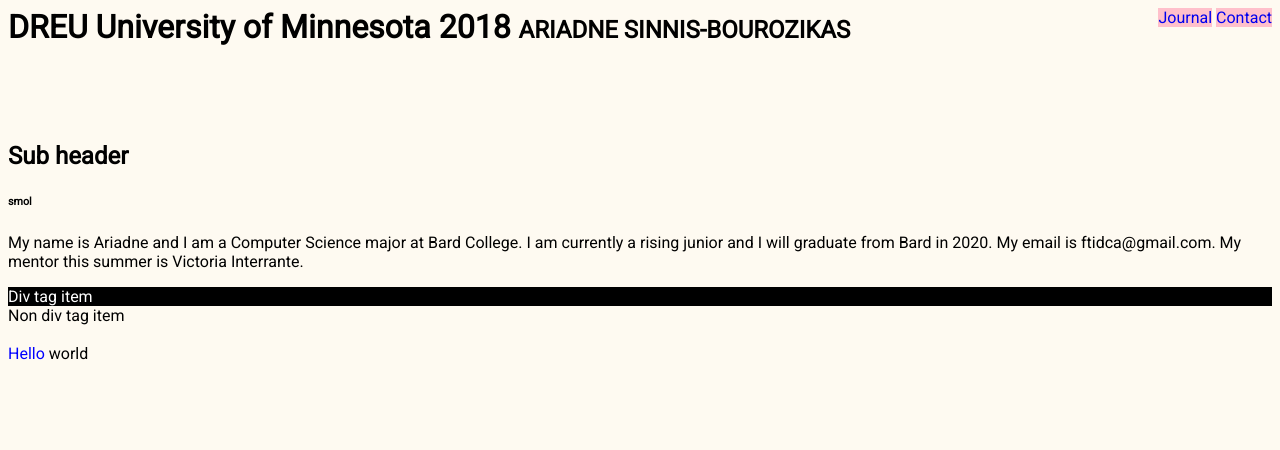
Repository: ariadnesb/dreu2018
Page: index.html
The author's editor kept a record of every edit. The page is drawn from the files as they stood at one moment, then again after the next edit.
The browser window is 1280 px wide. The pictures show the whole page.

Above is the page before.

### index.html
<!DOCTYPE html>
<html>
    <head>
        <title>It's me</title>
        <link rel="stylesheet" href="styles.css">
        <link href="https://fonts.googleapis.com/css?family=Roboto" rel="stylesheet">
    </head>

    <body>
        <div id="header">
            <h1>DREU University of Minnesota 2018 </h1>
            <h2>ARIADNE SINNIS-BOUROZIKAS</h2>

            <ul class="nav-bar">
                <li><a href="/journal.html">Journal</a></li>
                <li><a href="/contact.html">Contact</a></li>

        </div>


        <br><br>
        <br><br>


        <h2>Sub header</h2>
        <h6>smol</h6>

        <p>
        My name is Ariadne and I am a Computer Science major at Bard College. I am currently a rising junior and I will graduate from Bard in 2020. My email is ftidca@gmail.com.

        My mentor this summer is Victoria Interrante.
        </p>

        <!--- divs and spans can have 1 id but many classes -->
        <div id="custom-id">
            Div tag item
        </div>
        Non div tag item

        <br><br>
        <span class="custom-class">Hello</span> world



    </body>

</html>

### styles.css
html {
  /* everything that u put here will impact contents of <html>
  aka everything */
  font-family: 'Roboto', sans-serif;
  background-color: #FEFAF1;

}

#custom-id {
    background-color: black;
    color: white;
}

.custom-class{
    color: blue;
    display: inline;

}

#name {
    color: #66D167;
}

#header h1 {
    display: inline;
}

#header h2 {
    display: inline;
}

#header .nav-bar  {
    display: inline;
    float: right;
    list-style-type: none;
    margin: 0;
    padding: 0;

}
*/
#header ul.nav-global{
    position: absolute;
    right:0;
    display: inline;
    list-style: none;
    margin: 0;
    padding-right: 1em;
}

#header li {
    display: inline;
    padding: 0;
    background-color: pink;
}

#header a {
    text-decoration: none;
    display: inline;

}

#header a:hover {
    background-color: black;
    display: inline;
    color:white;
}

After the next edit:
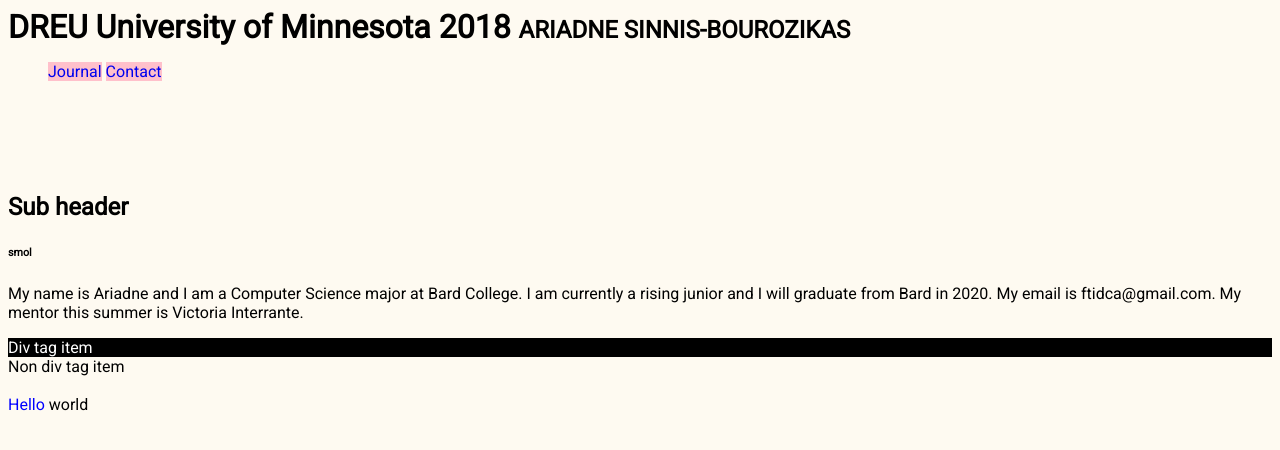
The edit:
--- a/styles.css
+++ b/styles.css
@@ -28,7 +28,7 @@
 #header h2 {
     display: inline;
 }
-
+/*
 #header .nav-bar  {
     display: inline;
     float: right;
